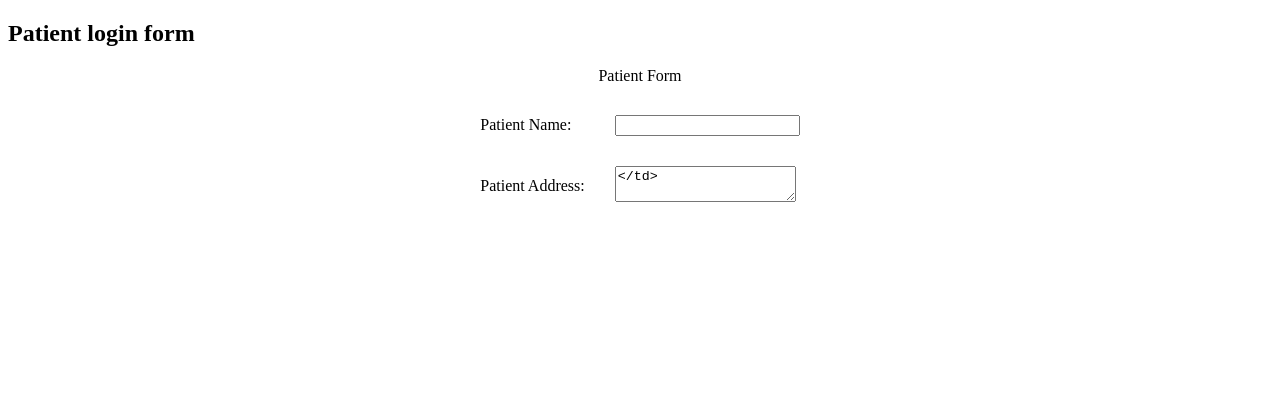
Repository: abhishek110597/Deloitte
Page: Workspace/JavaTraining/patientDetailsForm.html
An editor plug-in stored every save of this project. The page is shown before and after the next save, followed by the edit.
The browser window is 1280 px wide. The pictures show the whole page.

Above is the page before, as saved 2019-12-28 05:44:06.

### Workspace/JavaTraining/patientDetailsForm.html
<!DOCTYPE html>
<html>
<head>
<meta charset="ISO-8859-1">
<title>Patient login form</title>
</head>
<body>
	<form>
		<h2>Patient login form</h2>
		<table cellspacing="10" cellpadding="10" border="0" align="center">
			<caption>Patient Form</caption>
			<tr>
			<tr>
				<td>Patient Name:</td>
				<td><input type="text" name="patientName" id="patientName" /></td>
			</tr>
			<tr>
				<td>Patient Address:</td>
				<td><textarea name="patientAddress"
					id="patientAddress"  roww="5" column="15"/></td>
			</tr>
			<tr>
				<td>Gender:</td>
				<td><input type="radio" name="gender" id="male" /></td>
				<td><input type="radio" name="gender" id="female" /></td>
				<td><input type="radio" name="gender" id="other" /></td>
			</tr>
			<tr>
				<td align="center"><input type="submit" value="Submit"
					id="submit" /></td>
			</tr>
			<tr>
				<td align="center"><input type="reset" id="reset" /></td>
			</tr>
		</table>
	</form>
</body>
</html>

After the next save:
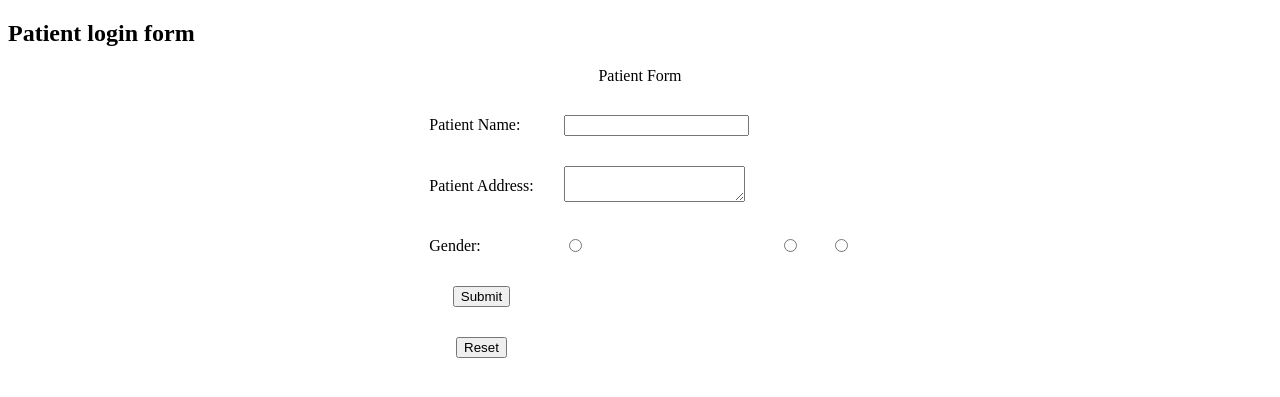
Saved 51 s later.
--- a/Workspace/JavaTraining/patientDetailsForm.html
+++ b/Workspace/JavaTraining/patientDetailsForm.html
@@ -17,7 +17,9 @@
 			<tr>
 				<td>Patient Address:</td>
 				<td><textarea name="patientAddress"
-					id="patientAddress"  roww="5" column="15"/></td>
+					id="patientAddress"  row="5" column="15">
+					</textarea>
+					</td>
 			</tr>
 			<tr>
 				<td>Gender:</td>
